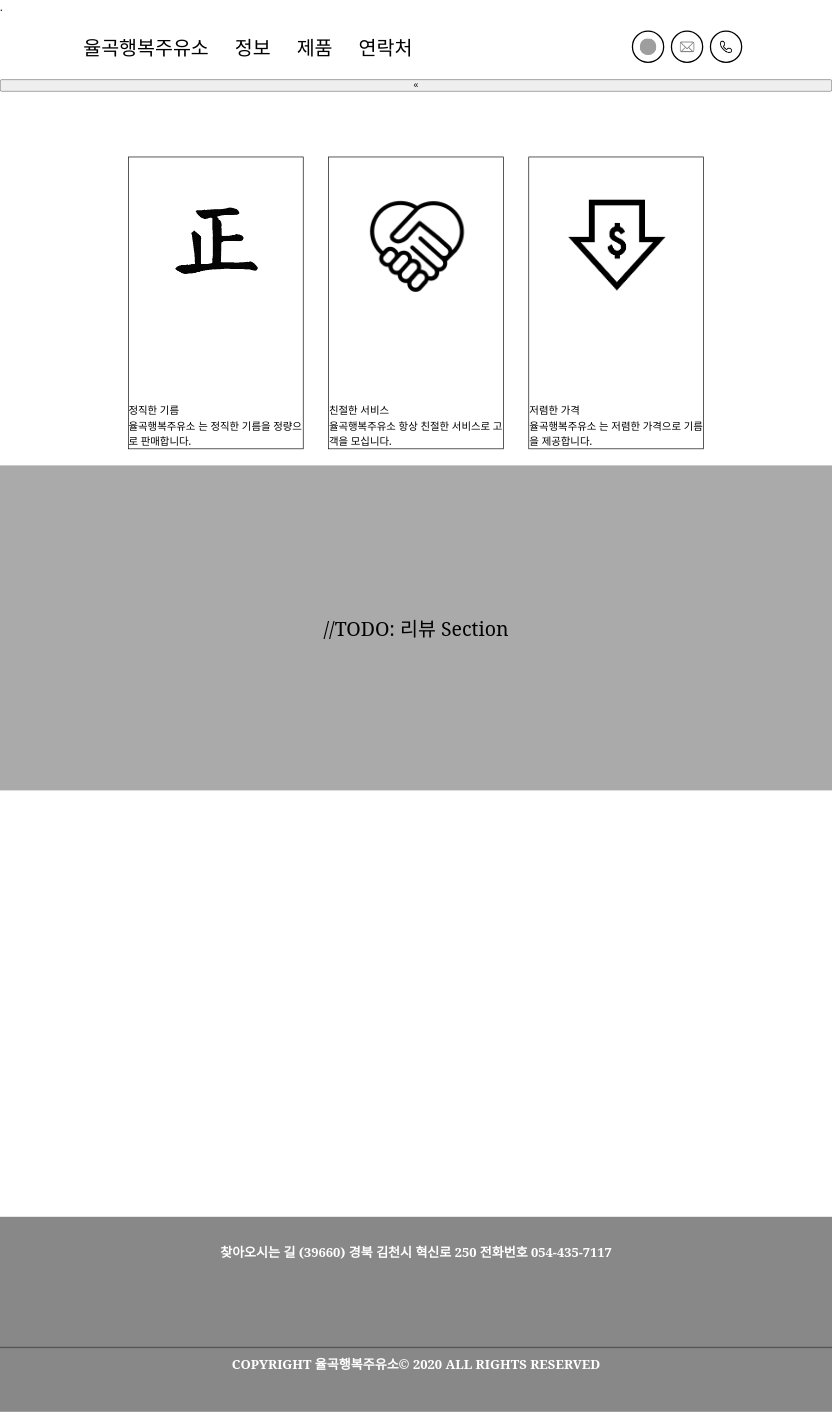
Repository: randomUser134923/pet-projects
Page: pet-projects/web1/index.html
The author's editor kept a record of every edit. The page is drawn from the files as they stood at one moment, then again after the next edit.
The browser window is 1280 px wide. The pictures show the whole page, at 65% of full size.
Pictures or frames that could not be fetched are drawn as grey boxes.

Above is the page before.

After the next edit:
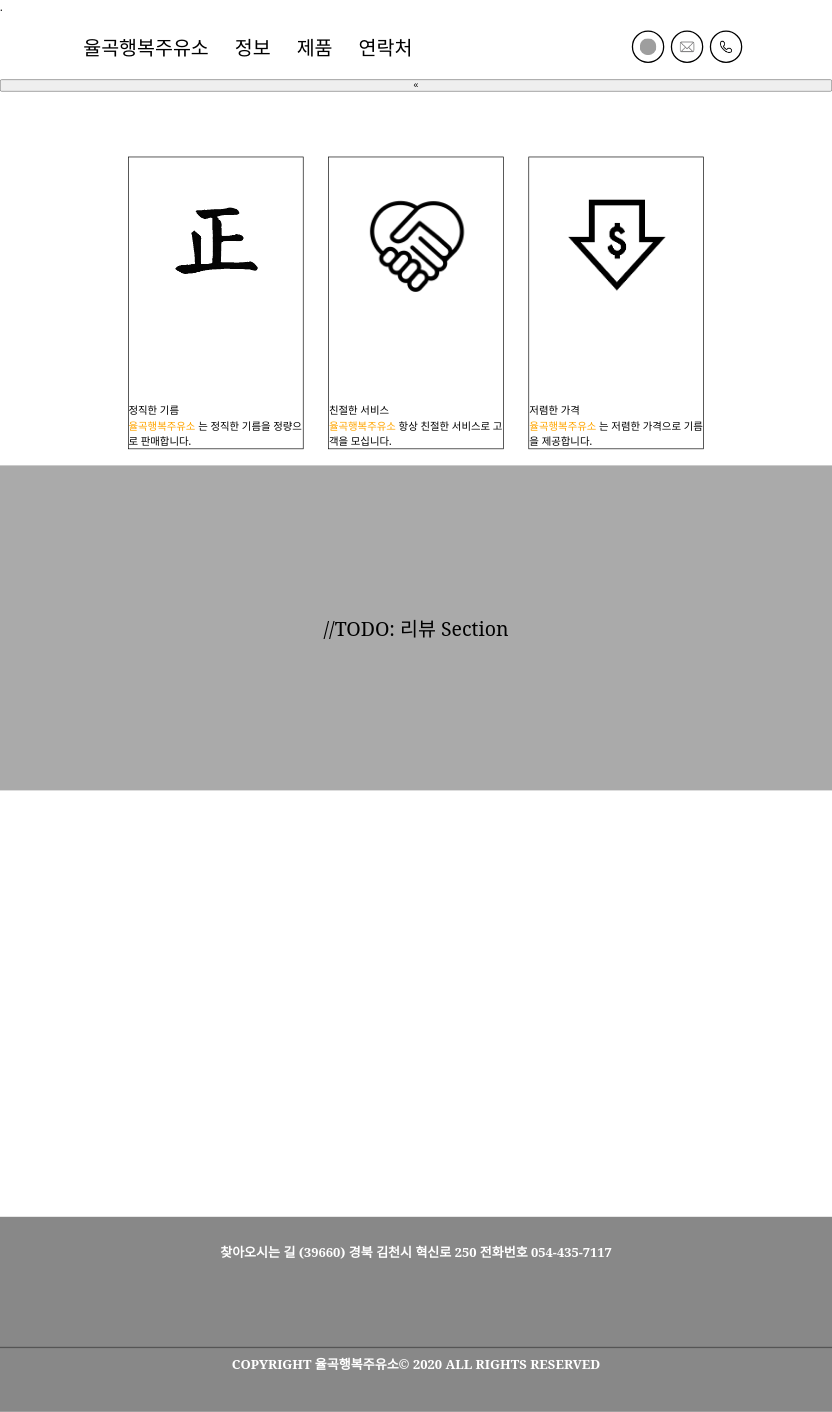
The edit:
--- a/pet-projects/web1/css/style.css
+++ b/pet-projects/web1/css/style.css
@@ -282,3 +282,9 @@
     border-top: 2px solid #555555;
 
 }
+
+.gas-station-name {
+    display: inline;
+    color: orange;
+    height: 16px;
+}
